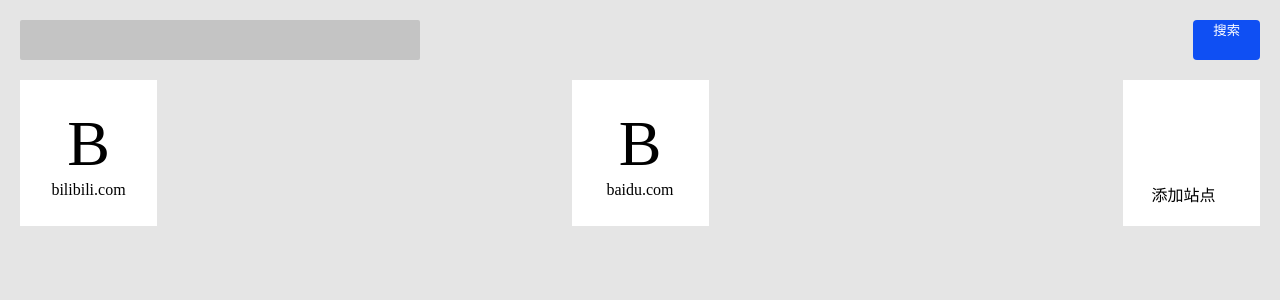
Repository: chenguocan/-
Page: src/index.html
The author's editor kept a copy of each file at every save. The page is drawn from the files as they stood at one save, then again after the next save.
The browser window is 1280 px wide. The pictures show the whole page.

Above is the page before, as saved 2020-08-12 14:41:26.

After the next save:
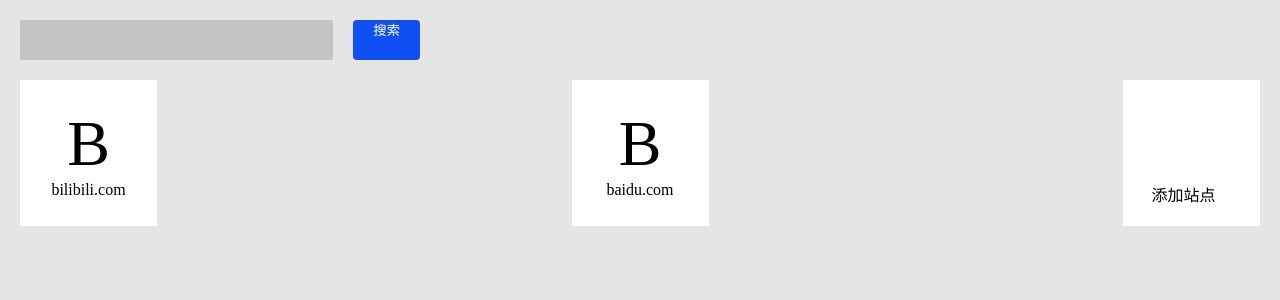
Saved 31 s later.
--- a/src/style.css
+++ b/src/style.css
@@ -39,7 +39,7 @@
     padding-left: 10px;
 }
 @media(min-width:500px){
-    .globalHeader >.searchForm > input{
+    .searchForm{
         max-width: 400px;
     }
 }
